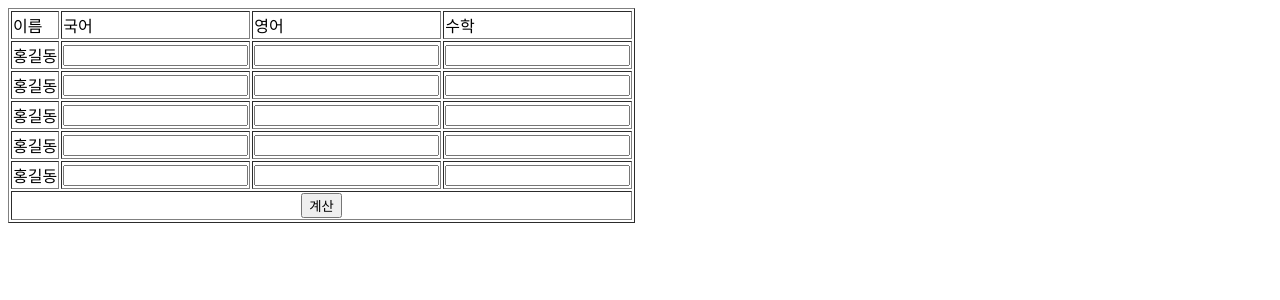
Repository: pshho/newJspProject
Page: http://localhost/JspProj/calc/student.jsp
The author's editor kept a copy of each file at every save. The page is drawn from the files as they stood at one save, then again after the next save.
The browser window is 1280 px wide. The pictures show the whole page.
The page is served by Tomcat 9.

Above is the page before, as saved 2023-07-27 08:10:48.

After the next save:
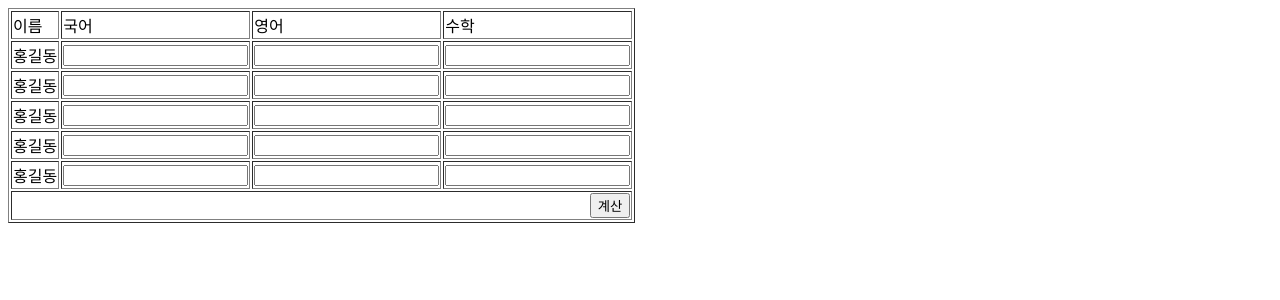
Saved 8 s later.
--- a/JspProj/src/main/webapp/calc/student.jsp
+++ b/JspProj/src/main/webapp/calc/student.jsp
@@ -25,7 +25,7 @@
 				</tr>
 				<% } %>
 				<tr>
-				<td colspan="4" align="center">
+				<td colspan="4" align="right">
 					<input type="submit" value="계산" />
 				</td>
 			</tr>
